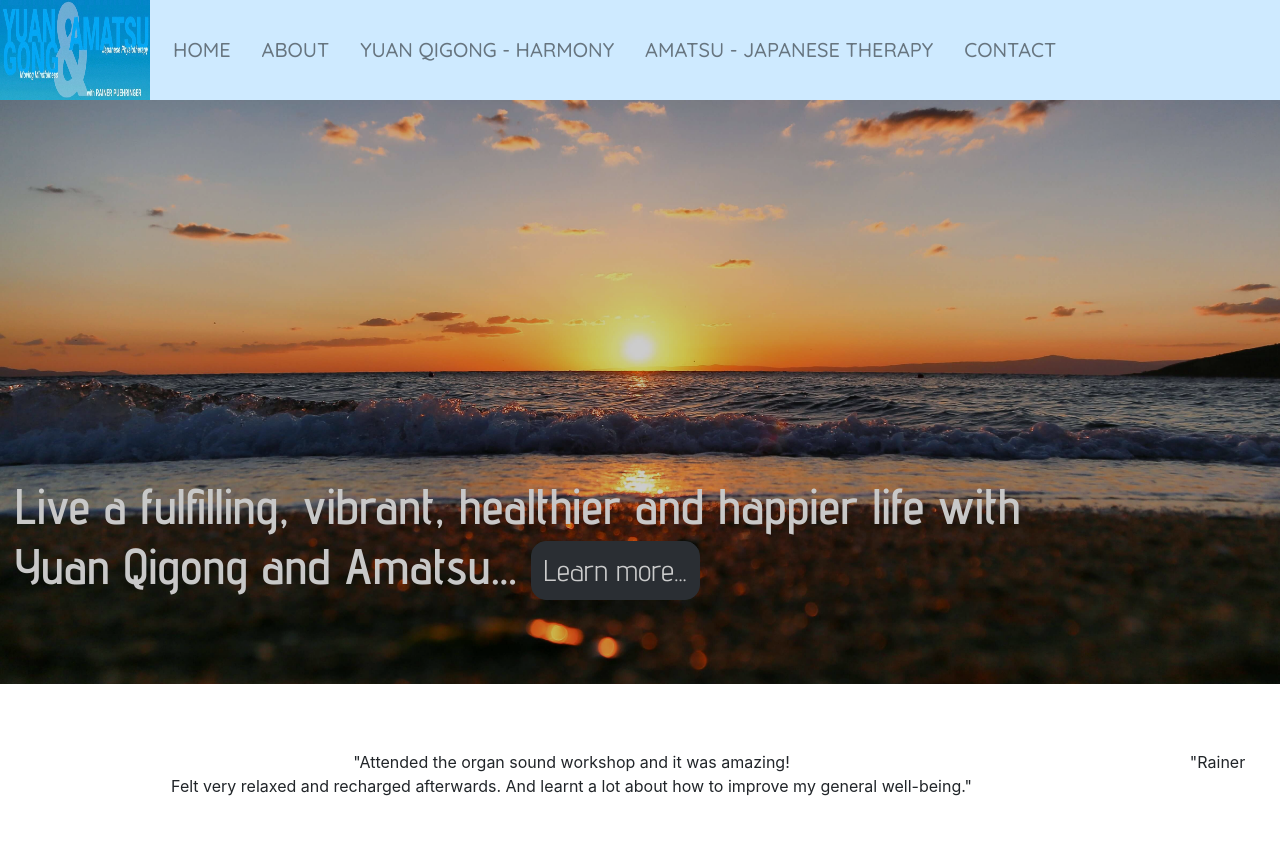
Repository: rainerpue/practitioner_website
Page: index.html
The author's editor kept a record of every edit. The page is drawn from the files as they stood at one moment, then again after the next edit.
The browser window is 1280 px wide. The pictures show the whole page.
Backgrounds fixed to the window are drawn as part of the page. Some web libraries are served in a nearby version.

Above is the page before.

### index.html
<!DOCTYPE html>
<html lang="en">

<head>
    <meta charset="UTF-8">
    <meta name="viewport" content="width=device-width, initial-scale=1.0">
    <meta http-equiv="X-UA-Compatible" content="ie=edge">
    <meta name="description" content="Home page | Rainer Puehringer, Find your Energy flow">
    <meta name="keywords" content="qigong, amatsu, therapy, energy flow, body balance, harmony, Japanese therapy, yuan gong, ireland">
    <meta name="author" content="Rainer Puehringer">
    <!---------------------------------------------------- style links -->
    <link rel="stylesheet" href="https://stackpath.bootstrapcdn.com/bootstrap/4.3.1/css/bootstrap.min.css" type="text/css" />
    <link rel="stylesheet" href="https://maxcdn.bootstrapcdn.com/font-awesome/4.7.0/css/font-awesome.min.css" type="text/css" />

    <!---------------------------------------------------- link to my css file comes after to make sure it render over bootstrap style -->
    <link rel="stylesheet" href="assets/css/style.css" type="text/css" />

    <title>Rainer Puehringer, Find your Energy flow with Yuan Qigong and Amatsu</title>

</head>

<body>
    <!---------------------------------------------------- navbar and logo -->
    <!---------------------------------------------------- blue background will only show on bigger screens, set to transparent for mobile device -->
    <nav class="navbar navbar-expand-md fixed-top navbar-light bg-blue">
        <!----------------------------------------------------logo -->
        <a href="index.html" class="navbar-brand logo">
            <img src="assets/images/logo.jpeg" width="150" height="100" alt="logo">
        </a>
        <!---------------------------------------------------- button for smaller devices -->
        <button class="navbar-toggler" type="button" data-toggle="collapse" data-target="#burger" aria-controls="burger" aria-expanded="false" aria-label="Toggle navigation">
    <span class="fa fa-bars"></span>
  </button>
        <!---------------------------------------------------- navigation items which drop down vertically from burger icon in smaller devices -->
        <div class="collapse navbar-collapse" id="burger">
            <ul class="navbar-nav mr-auto text-uppercase">
                <li class="nav-item">
                    <a class="nav-link" href="index.html">Home</a>
                </li>
                <li class="nav-item">
                    <a class="nav-link" href="index.html">About</a>
                </li>
                <li class="nav-item">
                    <a class="nav-link" href="index.html">Yuan Qigong - Harmony</a>
                </li>
                <li class="nav-item">
                    <a class="nav-link" href="index.html">Amatsu - Japanese Therapy</a>
                </li>
                <li class="nav-item">
                    <a class="nav-link" href="index.html">Contact</a>
                </li>
            </ul>
        </div>
    </nav>

    <!-- end navbar -->


    <!---------------------------------------------------- home image overlay -->

    <div class="home-image">
        <div class="opaque-overlay">&nbsp;</div>
        <h1 class="attention">Live a fulfilling, vibrant, healthier and happier life with Yuan Qigong and Amatsu...
            <button class="btn btn--home btn-dark" href="#">
            Learn more...
            </button>
        </h1>
    </div>

    <!---------------------------------------------------- testimonials in a carrousel -->

    <section id="carouselExampleControls" class="carousel slide" data-ride="carousel">
        <div class="carousel-inner">
            <div class="carousel-item active" data-interval="40000">
                <quote class="d-block w-100">"Attended the organ sound workshop and it was amazing!</quote>
                <quote class="d-block w-100">Felt very relaxed and recharged afterwards. And learnt a lot about how to improve my general well-being."</quote>
            </div>
            <div class="carousel-item" data-interval="40000">
                <quote class="d-block w-100">"Rainer has a deep knowledge on the working of the human body and his Amatsu sessions are great at dealing with the route cause of your pains and ailments.</quote>
                <quote class="d-block w-100">I highly recommend him"</quote>
            </div>
            <div class="carousel-item " data-interval="40000 ">
                <quote class="d-block w-100 ">"Had an Amatsu session with Rainer who quickly and reliably identified sources of my posture problems, which caused me trouble for many many years.</quote>
                <quote class="d-block w-100 ">A great feeling!"</quote>
            </div>
        </div>
        <a class="carousel-control-prev " href="#carouselExampleControls " role="button " data-slide="prev ">
    <span class="carousel-control-prev-icon " aria-hidden="true "></span>
    <span class="sr-only ">Previous</span>
  </a>
        <a class="carousel-control-next " href="#carouselExampleControls " role="button " data-slide="next ">
    <span class="carousel-control-next-icon " aria-hidden="true "></span>
    <span class="sr-only ">Next</span>
  </a>
    </section>

    <!---------------------------------------------------- brief introduction section -->

    <section class="container">
        <div class="row intro">
            <div class="col-6">

            </div>
        </div>
    </section>

    <footer>

    </footer>

    <script src="https://code.jquery.com/jquery-3.2.1.slim.min.js " integrity="sha384-KJ3o2DKtIkvYIK3UENzmM7KCkRr/rE9/Qpg6aAZGJwFDMVNA/GpGFF93hXpG5KkN " crossorigin="anonymous "></script>
    <script src="https://cdnjs.cloudflare.com/ajax/libs/popper.js/1.12.9/umd/popper.min.js " integrity="sha384-ApNbgh9B+Y1QKtv3Rn7W3mgPxhU9K/ScQsAP7hUibX39j7fakFPskvXusvfa0b4Q " crossorigin="anonymous "></script>
    <script src="https://maxcdn.bootstrapcdn.com/bootstrap/4.0.0/js/bootstrap.min.js " integrity="sha384-JZR6Spejh4U02d8jOt6vLEHfe/JQGiRRSQQxSfFWpi1MquVdAyjUar5+76PVCmYl " crossorigin="anonymous "></script>
</body>

</html>

### assets/css/style.css
@import url('https://fonts.googleapis.com/css?family=Advent+Pro:100,200,300,400,500,600,700|Quicksand:300,400,500,700|Poppins:100,200,300,400,500,600,700,800');

body {}

/*-----------------------------------------Colour */

.bg-blue {
    background-color: transparent;
}


/*-----------------------------------------Special paddings/margins/texts */

.text-uppercase {
    text-transform: uppercase;
}

/*-----------------------------------------buttons */

.btn--home {
    text-decoration: none;
    color: #fff;
    border-radius: 15px;
    font-size: 30px;
}

/*-----------------------------------------logo */

.logo {
    display: inline-block;
    padding: 0;
    margin: 0;
    line-height: inherit;
    white-space: nowrap;
    background-position: center;
    background-repeat: no-repeat;
    transition: all .5s ease-in-out;
    -moz-transition: all .5s ease-in-out;
    -webkit-transition: all .5s ease-in-out;
}

/*-----------------------------------------burger icon */

.fa-bars {
    font-size: 30px;
    padding: 5px;
}

.navbar-light .navbar-toggler {
    border-color: rgba(0, 0, 0, .3);
}

/*-----------------------------------------nav */

.navbar {
    padding: 0;
    text-align: center;
}

.navbar-collapse {
    background-color: #CEEAFF
}

.nav-item {
    padding-left: 15px;
}

.nav-item a {
    color: #384955;
    font-family: "Quicksand", sans-serif;
    font-weight: 500;
    font-size: 20px;
    transition: background-color .2s ease-in-out, color .2s ease-in-out;
}

.nav-item a:hover {
    color: #CEEAFF!important;
    background-color: #384955;
}

/*-----------------------------------------full background image with attention */

.home-image {
    display: flex;
    min-height: 95vh;
    align-items: center;
    position: relative;
    background: url(../images/home-image.jpg) no-repeat center center fixed;
    -webkit-background-size: cover;
    -moz-background-size: cover;
    -o-background-size: cover;
    background-size: cover;
    padding-top: 100px;
}

.opaque-overlay {
    position: absolute;
    top: 0;
    left: 0;
    height: 100%;
    width: 100%;
    background: rgba(0, 0, 0, 0.2);
}

.attention {
    width: 80%;
    color: #fafafa;
    font-family: "Advent Pro", sans-serif;
    font-size: 40px;
    font-weight: 600;
    padding-left: 15px;
    padding-top: 300px;
}

/*-----------------------------------------full background image with attention */

.slide {
    position: relative;
    display: flex;
    align-items: center;
    min-height: 25vh;
    text-align: center;
    padding: 0px 30px;
}

/*-----------------------------------------media queries */

/*-----------------------------------------media query to add navbar blue background color on bigger screens */

@media (min-width: 768px) {
    .bg-blue {
        background-color: #CEEAFF;
    }
}

@media (min-width: 768px) {
    .attention {
        width: 60%;
        font-size: 50px;
    }
}

@media (min-width: 992px) {
    .attention {
        width: 80%;
        font-size: 50px;
    }
}

After the next edit:
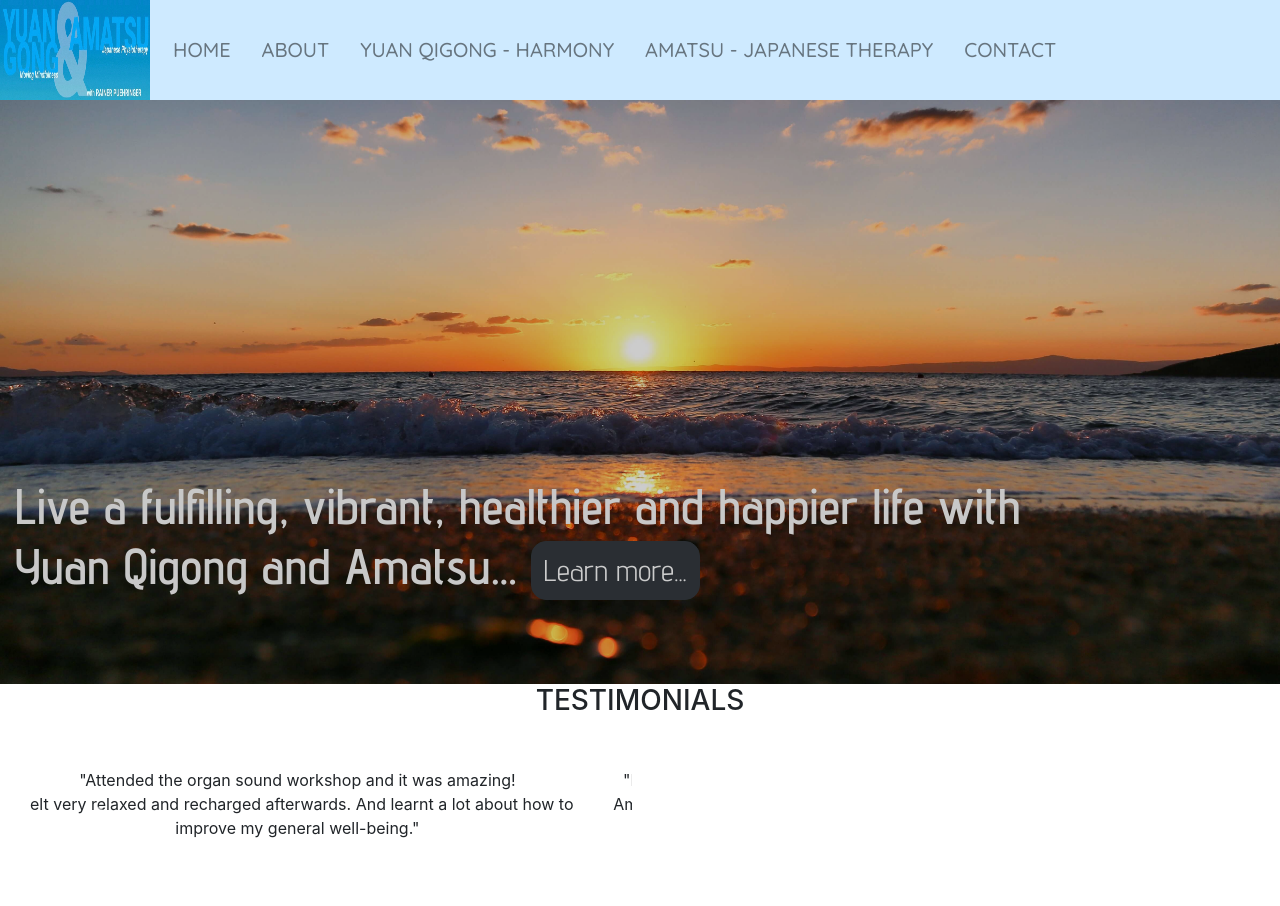
The edit:
--- a/index.html
+++ b/index.html
@@ -68,8 +68,14 @@
     </div>
 
     <!---------------------------------------------------- testimonials in a carrousel -->
-
-    <section id="carouselExampleControls" class="carousel slide" data-ride="carousel">
+<section class="container-fluid">
+    <div class="row">
+        <div class="col text-center">
+            <h3 class=text-uppercase>Testimonials</h3>
+        </div>
+    </div>
+</section>
+    <div id="carouselExampleControls" class="carousel slide" data-ride="carousel">
         <div class="carousel-inner">
             <div class="carousel-item active" data-interval="40000">
                 <quote class="d-block w-100">"Attended the organ sound workshop and it was amazing!</quote>
